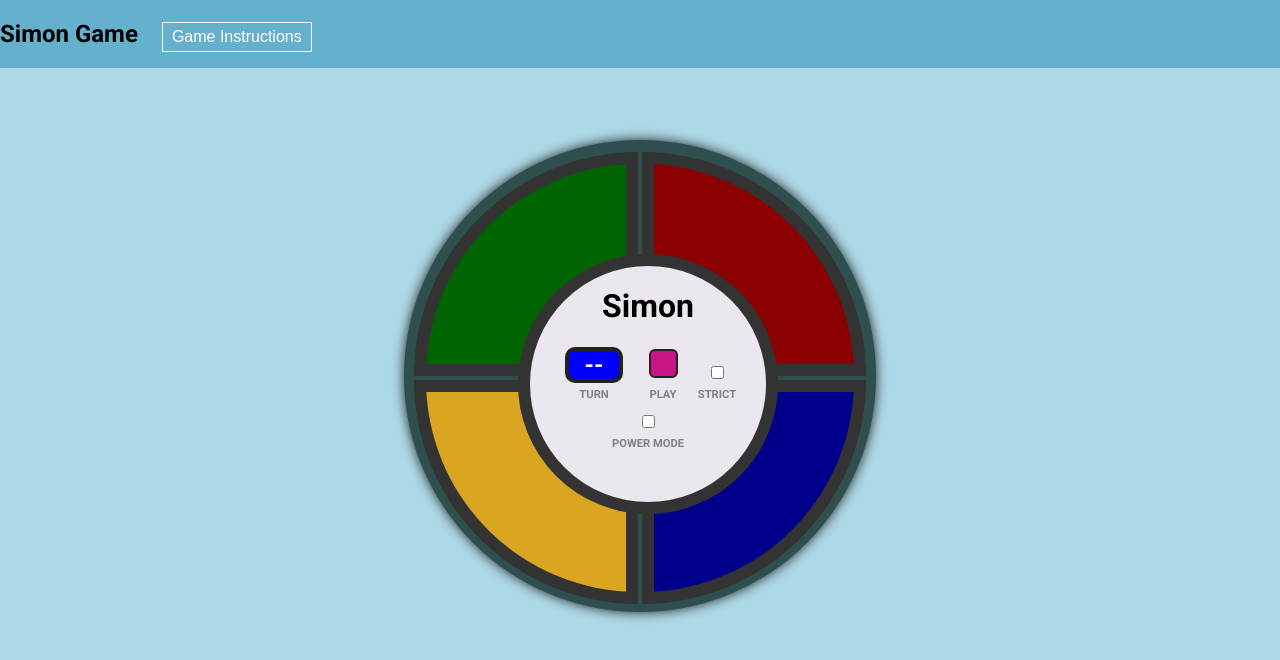
Repository: bbarbara19/memorygame
Page: index.html
The author's editor kept a record of every edit. The page is drawn from the files as they stood at one moment, then again after the next edit.
The browser window is 1280 px wide. The pictures show the whole page.

Above is the page before.

### index.html
<!DOCTYPE html>
<html lang="en">
<head>
    <meta charset="UTF-8">
    <meta name="viewport" content="width=device-width, initial-scale=1.0">
    <meta http-equiv="X-UA-Compatible" content="ie=edge">
    <link rel="stylesheet" href="style.css" type="text/css"/>
    <link href="https://fonts.googleapis.com/css?family=Press+Start+2P&display=swap" rel="stylesheet">
    <link rel="stylesheet" href="" type="text/css" />
    <script src="https://cdn.jsdelivr.net/npm/sweetalert2@8"></script>
    <title>Simon Game</title>
      <audio id="clip1" src="sounds/simonSound1.mp3"></audio>
      <audio id="clip2" src="sounds/simonSound2.mp3"></audio>
      <audio id="clip3" src="sounds/simonSound3.mp3"></audio>
      <audio id="clip4" src="sounds/simonSound4.mp3"></audio>
</head>
<body>

<!--nav bar-->

<nav>
    <div>
    <h1 class="inline">Simon Game</h1>
    <button class="btn-GameHelp inline" onclick="confirmation();">Game Instructions</button>
</nav>

<!--nav bar-->

<!--Container Game console-->
<div class="container">
    <div class="fourPads">
        <div>
            <div class="inline pad green" id='green'></div>
            <div class="inline pad red" id='red'></div>
        </div>
        <div>
          <div class="inline pad yellow" id='yellow'></div>
          <div class="inline pad blue" id='blue'></div>
        </div>
     </div> <!--end fourPads -->
     <div class="console"> <!--inner gma console -->
         <h1 class="brand">Simon</h1>
         <div class="rw">
             <div class="display inline">
                 <h1 class="counter boxTurn" id="Counter">--</h1>
                 <h3 class="label">TURN</h3>
             </div>
             <div class="btn-box inline">
                 <div class="round-btn clickable" id="start"></div>
                 <h3 class="label">PLAY</h3>
             </div>
             <div class="btn-box inline">
                 <input type="checkbox" class="toggle" id="strictMode">
                 <h3 class="label">STRICT</h3>
             </div> <!--ligh stric mode on-->
             <div>
                 <input type="checkbox" class="toggle inline" id="powerMode">
                 <h3 class="label">POWER MODE</h3>
                 </input>
             </div> <!--fine center div-->
         </div>
    </div>  <!--end inner game console -->
</div> <!--end main container -->
<script type="text/javascript" src="script.js"></script>
</body>
</html>

### style.css
@import url('https://fonts.googleapis.com/css?family=Roboto:300,400,500,700&display=swap');
@import url('https://fonts.googleapis.com/css?family=Press+Start+2P&display=swap');

body {
 background-color: lightblue;
 font-family:Roboto;
 margin:0;
 padding:0;
}

/*--style Button Drop down instructions--*/

/* Dropdown Button */
.btn-GameHelp {
  background-color: #65b0cc;
  color: white;
  padding: 5px;
  width:150px;
  position: relative;
  margin: 0 auto;
  font-size: 16px;
  cursor: pointer;
  left:20px;
  border-radius:2%;
  border: solid 1px white;
  text-align:center;
  margin-top:10px;
}

nav {
  margin:0;
  padding:0;
  width:100%;
  background-color:#65b0cc;
}

.title{
 width: 50%;
 margin: 0 auto;
}
/*--End style Button Drop down instructions--*/

/*--style Game container--*/

.h1{
  font-family: 'Press Start 2P', cursive;
  font-size:16px;
  color : #222;
}

.container{
  width: 472px;
  height:472px;
  border-radius:100%;
  position: relative;
  text-align: center;
  margin:auto;
  background-color:darkslategray;
  top:10vh;
  box-shadow: 0px 0px 12px #222;
}

.fourPads{
  position: relative;
  top:12px;
}

.pad.red {
    background:darkred;
    border-top-right-radius : 100%;
}

.pad.green {
    background:darkgreen;
    border-top-left-radius : 100%;
}

.pad.yellow {
    background:goldenrod;
    border-bottom-left-radius : 100%;
}

.pad.blue {
    background:darkblue;
    border-bottom-right-radius : 100%;
}

.console{
  width:50%;
  height:50%;
  position : absolute;
  border-radius:100%;
  top:50%;
  left:50%;
  margin: -122px 0 0  -122px;
  background-color:#ECE7EE;
  border: 12px solid #333;
}

.pad {
  position  : relative;
  width:200px;
  height:200px;
  background-color : grey;
  border: 12px solid #333;
}

.inline{
  display: inline-block;
}

.counter{
  font-family: Roboto;
  color : white;
  padding : 0px;
  font-size : 1.5em;
  width : 50px;
  background-color: #00FF;
  position:relative;
  border : 4px solid #222;
  border-radius : 10px;
  margin:auto;
}

.round-btn{
  width : 25px;
  height : 25px;
  position: relative;
  background-color : mediumvioletred;
  border-radius : 20%;
  border : 2px solid #222;
  margin:auto;
  top : -5px;
}

.round-btn:active{
    box-shadow : 0 1px 1px #292929;
    top : -4px;
}

.clickable{
  pointer-events : auto;
  cursor:pointer;
}

.led-on{
  background-color:#DC0D29;
}

.led-off{
  color:white;
}

.label{
  color : grey;
  font-family :Roboto;
  font-size:0.7em;
  margin-top:5px;
  text-align:center;
}

.display{
  width : 80px;
  position:relative;
  text-align:center;
}

.btn-box{
  width : 50px;
  position:relative;
}
/*--style Game container--*/

### script.js
let SimonOrder = [];
let playerOrder = [];
let flash;
let turn;
let good;
let SimonTurn;
let intervalId;
let strict = false;
let noise = true;
let on = false;
let win;

const turnCounter = document.querySelector("#Counter");

// event listener to check if StrictMode is checked or not
function StrictMode(){
  if (document.querySelector('#strictMode').checked == true){
  console.log('selezionato');
  strict = true;
  } else {
  strict = false;
  }
}


// event listener on the click on the strict mode checkbox, to call the function  StrictMode()
document.querySelector('#strictMode').addEventListener('click', function(){
 console.log('StrictMode');
 StrictMode();
})


// Power mode checked - allows different messages on the counter box TESTED

function PowerChecked(){
if (document.querySelector('#powerMode').checked == true){
  console.log('power mode is on');
  on = true;
  document.querySelector(".boxTurn").innerHTML = "ON";
  } else {
  console.log('power mode is off');
  on = false;
  document.querySelector(".boxTurn").innerHTML = "OFF";
  clearColor();
  clearInterval(intervalId);
  }
}

document.querySelector('#powerMode').addEventListener('click', function(){
 console.log('PowerClicked');
 PowerChecked();
 alert('Power Mode active, press the Play button!')
})

//function clear Color - reset the pad colours to dark after the turn
function clearColor() {
  document.querySelector('.green').style.backgroundColor = "darkgreen";
  document.querySelector('.red').style.backgroundColor = "darkred";
  document.querySelector('.yellow').style.backgroundColor = "goldenrod";
  document.querySelector('.blue').style.backgroundColor = "darkblue";
}

//function Flash Color - flashes the pad colours during the turn TESTED
function flashColor() {
 document.querySelector('.green').style.backgroundColor = "lime";
 document.querySelector('.red').style.backgroundColor = "red";
 document.querySelector('.yellow').style.backgroundColor = "yellow";
 document.querySelector('.blue').style.backgroundColor = "turquoise";
}

//functions play audio
function padgreen() {
  if (noise) {
    let audio = document.getElementById("clip1");
    audio.play();
  }
  noise = true;
  document.querySelector('.green').style.backgroundColor = "lime";
}

function padred() {
  if (noise) {
    let audio = document.getElementById("clip2");
    audio.play();
  }
  noise = true;
  document.querySelector('.red').style.backgroundColor = "red";
}

function padblue() {
  if (noise) {
    let audio = document.getElementById("clip3");
    audio.play();
  }
  noise = true;
  document.querySelector('.blue').style.backgroundColor = "turquoise";
}

function padyellow() {
  if (noise) {
    let audio = document.getElementById("clip4");
    audio.play();
  }
  noise = true;
  document.querySelector('.yellow').style.backgroundColor = "yellow";
}

//Play function at the start Simon and Player order set to zero, counter set to 1
function play() {
  SimonOrder = [];
  playerOrder = [];
  flash = 0;
  win = false;
  intervalId = 0;
  turn = 1;
  turnCounter.innerHTML = 1;
  good = true;
  for (var i = 0; i < 10; i++) {
    SimonOrder.push(Math.floor(Math.random() * 4) + 1);
  }
  console.log(SimonOrder);
  SimonTurn = true; //it starts with the computer turn
  intervalId = setInterval(gameTurn, 800); //setinterval is going to run the function gameTurn after 800 mlliseconds
  //the computer flashes a ligh after 800 milliseconds and is going to repeat it until this interval is cleared
  //this interval is cleared after all the lights have been flashed
}

function gameTurn() {
  on = false; //during the computer turn the player can't click on the buttons
  if (flash == turn) {
    clearInterval(intervalId);
    SimonTurn = false;
    clearColor();
    on = true;
  }


  // if it is the computer turn,  it clears all the pad colours and activate the flashes on the four pads
    if (SimonTurn) {
    clearColor();
    setTimeout( function Flash() {  //setTimeout after 200 milliseconds
      if (SimonOrder[flash] == 1){
        padgreen();
      }
      if (SimonOrder[flash] == 2){
        padred();
      }
      if (SimonOrder[flash] == 3){
        padblue();
      }
      if (SimonOrder[flash] == 4){
        padyellow();
      }
      flash++; //flash started at 0 and is going to be incremented of one every time the computer flashes, this happens after 200 milliseconds
      //a light is going to be to
    }, 200);
  }

}

//event listener of the start button to call the play()function
document.querySelector("#start").addEventListener('click', function StartCommand(){
  if (on || win) {
  console.log('start pressed');
  play();
  }
})

//function to check the win status
function check() {
  if (playerOrder[playerOrder.length - 1] !== SimonOrder[playerOrder.length - 1]) {
    good = false;
    console.log(good);
    window.alert("try again!");
  }

  if (playerOrder.length == 10 && good) {
    winGame();
  }

  if (good == false) {
    flashColor();
    turnCounter.innerHTML ="NO!";
    /*inner html not working*/
    setTimeout(() => {
      turnCounter.innerHTML = turn;
      clearColor();

      if (strict) {
        play();//reset the game to zero and start play again
      } else {
        SimonTurn = true;
        flash = 0;
        playerOrder = [];
        good = true;
        intervalId = setInterval(gameTurn, 800);
      }
    }, 800);
    noise = false;
  }

   if (turn == playerOrder.length && good && !win) {
    turn++;
    playerOrder = [];
    SimonTurn = true;
    flash = 0;
    window.alert("you won the turn!");
    turnCounter.innerHTML = turn;
    intervalId = setInterval(gameTurn, 800);
    console.log('the turn number is:'+turn);
  }

}


/*function that listens to the player click on the pads, records the number clicked in the Player Order array
flashes the pad and sound and after a timeout clear the pad colours*/

document.querySelectorAll('.pad').forEach(function(e){
    e.addEventListener('click', function(){
      if (on){
        console.log('cliccato');
        var padClicked = this.id;
              switch (padClicked) {
              case "green":
                console.log('green clicked');
                playerOrder.push(1);
                console.log(playerOrder);
                padgreen();
                check();
                if (!win) {
                  setTimeout(function(){
                  clearColor();
                 }, 300);
                }
                break;
              case "yellow":
                console.log('yellow clicked');
                playerOrder.push(4);
                console.log(playerOrder);
                padyellow();
                check();
                if (!win) {
                  setTimeout(function(){
                  clearColor();
                 }, 300);
                }
                break;
              case "red":
                console.log('red clicked');
                playerOrder.push(2);
                console.log(playerOrder);
                padred();
                check();
                if (!win) {
                  setTimeout(function(){
                  clearColor();
                 }, 300);
                }
                break;
              case "blue":
                console.log('blue clicked');
                playerOrder.push(3);
                console.log(playerOrder);
                padblue();
                check();
                if (!win) {
                  setTimeout(function(){
                  clearColor();
                 }, 300);
                }
                break;
              default:
                console.log('no match found');
            }
         }
          })
      })


// function win the game
function winGame() {
  flashColor();
  turnCounter.innerHTML = "WIN!";
  on = false;
  win = true;
  alert('Congratulations you won the game');
}

// function sweetalert2 - alert Game Help instructions

function confirmation()
  {
    Swal.fire({
  type: 'info',
  text: "You won't be able to revert this!",
  html:
    '<small>Simon is a memory game where you need to repeat a sequence of tones and lights, played by the device by pressing the buttons.</small>' +
    '<small>To win the game you have to pass 10 rounds, at each turn, the series becomes progressively longer and more complex.</small>' +
    '<small><h3><b>How to play</b></h3></small>' +
    '<li><small>To start the game check the Power Mode and the Play button</small></li>' +
    '<li><small>Each turn starts with the device flashing a sequence of lights</small></li>' +
    '<li><small>You have to repeat the same sequence by pressing the buttons</small></li>' +
    '<li><small>If you do a mistake, you can retry after the sequence is repeated</small></li>' +
    '<li><small>With the strict mode checked, the game is over after each mistake</small></li>' +
    '<li><small>The number of flashes matches the turn number of the counter</small></li>' +
    '<li><small>In each turn an additional sound is added to the previous sequence</small></li>',
  showCloseButton: true,
  showCancelButton: false,
  focusConfirm: false,
  confirmButtonAriaLabel: 'Thumbs up, great!',
    })
  }

After the next edit:
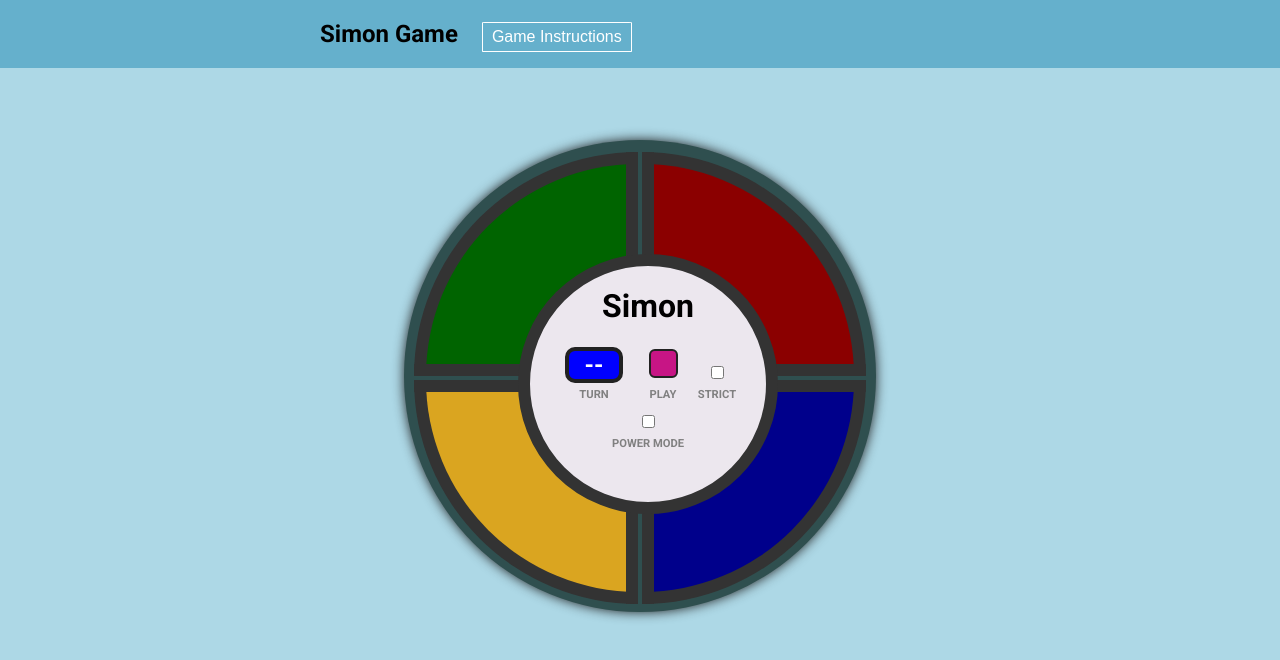
The edit:
--- a/index.html
+++ b/index.html
@@ -19,9 +19,10 @@
 <!--nav bar-->
 
 <nav>
-    <div>
-    <h1 class="inline">Simon Game</h1>
-    <button class="btn-GameHelp inline" onclick="confirmation();">Game Instructions</button>
+    <div class="title">
+        <h1 class="inline">Simon Game</h1>
+        <button class="btn-GameHelp inline" onclick="confirmation();">Game Instructions</button>
+    </div>
 </nav>
 
 <!--nav bar-->
